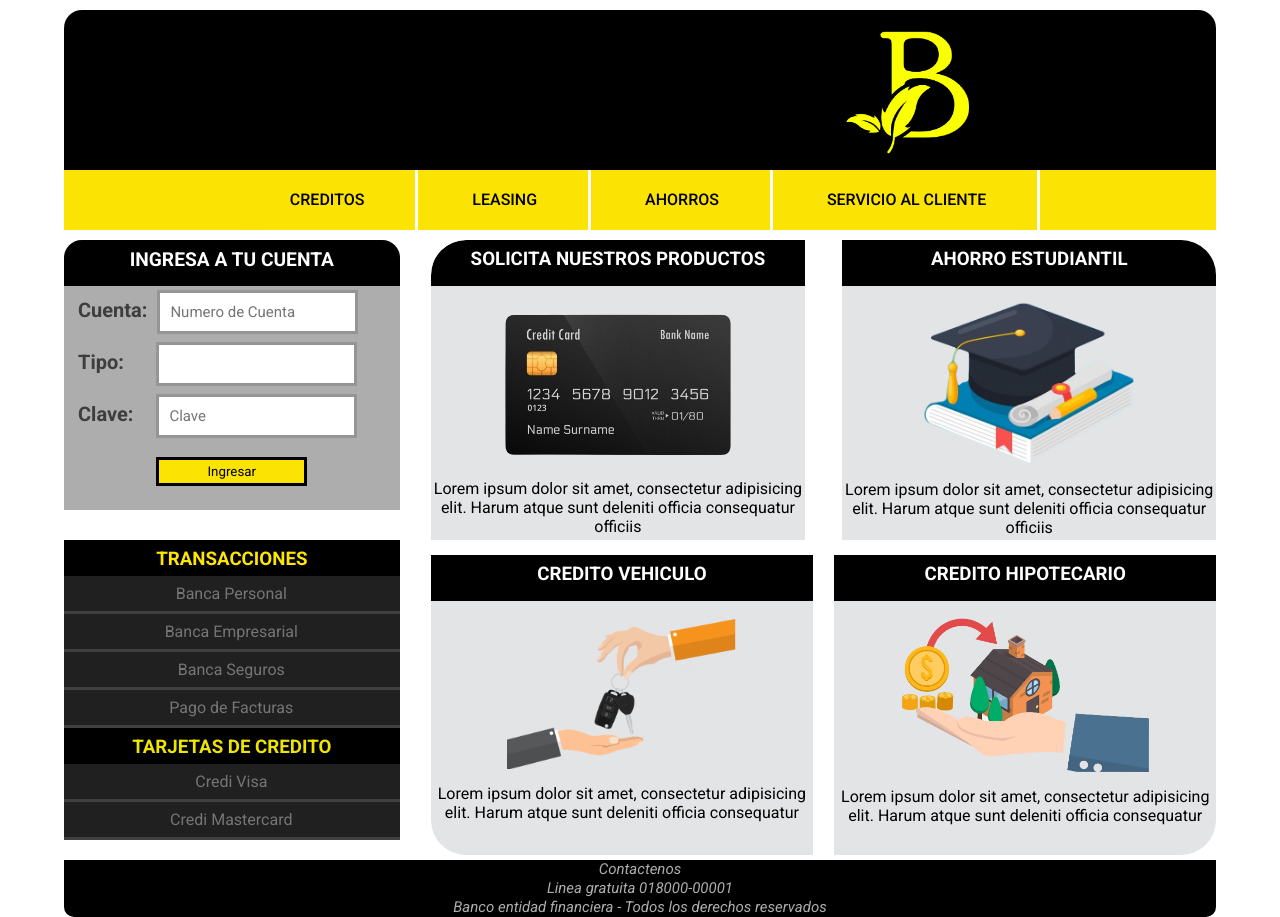
Repository: NickArregoces/BANCOOP
Page: Index.html
The author's editor kept a copy of each file at every save. The page is drawn from the files as they stood at one save, then again after a run of saves.
The browser window is 1280 px wide. The pictures show the whole page.

Above is the page before, as saved 2021-10-15 14:14:47.

### Index.html
<!DOCTYPE html>
<html lang="en">
<head>
    <meta charset="UTF-8">
    <meta http-equiv="X-UA-Compatible" content="IE=edge">
    <meta name="viewport" content="width=device-width, initial-scale=1.0">
    <title>BANCOOP Home</title>
    <bgsound src="musica.mid"></bgsound>
    <link rel="stylesheet" href="/CSS/Style.css">
    <link href="https://fonts.googleapis.com/css2?family=Roboto:ital,wght@0,100;0,300;0,400;0,500;0,700;0,900;1,100;1,300;1,400;1,500;1,700;1,900&display=swap" rel="stylesheet">
    <link rel="preconnect" href="https://fonts.googleapis.com">
    <link rel="preconnect" href="https://fonts.gstatic.com" crossorigin>
    <link href="https://fonts.googleapis.com/css2?family=Abril+Fatface&display=swap" rel="stylesheet">

</head>
<body>
    <header>
            <div class="image">
                <img src="/Images/logo1.png" alt="logo">

                <h1>BANCOOP</h1>
                <h3>Te ayuda a alcanzar tus metas</h3>
            </div>

    </header>

    <nav class="barra"></nav>

            <div class="navegador">
                <ul class="menu">
                    <li><a href="/Creditos.html">Creditos</a></li>
                    <li><a href="/Leasing.html">leasing</a></li>
                    <li><a href="/Ahorros.html">Ahorros</a></li>
                    <li><a href="/Servicio.html">Servicio al cliente</a></li>
                </ul>
            </div>


            <div class="section">
                <form action="" class="login">
                    <h3 style="color: rgb(255, 255, 255);">INGRESA A TU CUENTA</h3>
                        <div class="cuenta">
                            <h4>Cuenta:<input type="number" placeholder="Numero de Cuenta" required></h4>
                        </div>

                        <div class="tipo">
                            <h4>Tipo:<input type="text" required></h4>
                        </div>

                        <div class="clave">
                            <h4>Clave:<input type="password" placeholder="Clave" required></h4>
                        </div>
                    <div class="center">
                        <button class="sumbit"> Ingresar </button>
                    </div>
                </form>

                <article class="opciones">
                    <h3 style="color: rgb(255, 230, 0);">TRANSACCIONES</h3>
                <ul>
                    <li><a href="#">Banca Personal</a></li>
                    <li><a href="#">Banca Empresarial</a></li>
                    <li><a href="#">Banca Seguros</a></li>
                    <li><a href="#">Pago de Facturas</a></li>
                </ul>
                    <h3 style="color: rgb(238, 230, 0);">TARJETAS DE CREDITO</h3>
                <ul>
                    <li><a href="#">Credi Visa</a></li>
                    <li><a href="#">Credi Mastercard</a></li>
                </ul>
                </article>
            </div>
            <div class="Contenido">
            <aside>
                    <div class="solicita">
                        <h3 style="color: rgb(255, 255, 255);">SOLICITA NUESTROS PRODUCTOS</h3>

                        <div id="Prueba">
                        <img id="Prubea" src="/Images/credit.png" alt="">
                        </div>

                        <p>Lorem ipsum dolor sit amet, consectetur adipisicing elit.
                            Harum atque sunt deleniti officia consequatur officiis</p>
                    </div>

                    <div class="ahorro">
                        <h3 style="color: rgb(255, 255, 255);">AHORRO ESTUDIANTIL</h3>

                        <div id="Prueba">
                        <img id="Prubea" src="/Images/Captura de pantalla 2021-10-04 181948.png" alt="">
                        </div>

                        <p>Lorem ipsum dolor sit amet, consectetur adipisicing elit.
                            Harum atque sunt deleniti officia consequatur officiis</p>
                    </div>

                    <div class="credito">
                        <h3 style="color: rgb(255, 255, 255);">CREDITO VEHICULO</h3>

                        <div id="Prueba">
                        <img id="Prubea" src="/Images/Captura de pantalla 2021-10-04 192824.png" alt="">
                        </div>

                        <p>Lorem ipsum dolor sit amet, consectetur adipisicing elit.
                            Harum atque sunt deleniti officia consequatur</p>
                    </div>
                    <div class="hipotecario">
                        <h3 style="color: rgb(255, 255, 255);">CREDITO HIPOTECARIO</h3>

                        <div id="Prueba">
                        <img id="Prubea" src="/Images/Wallpaper(80).jpg" alt="">
                        </div>

                        <p>Lorem ipsum dolor sit amet, consectetur adipisicing elit.
                            Harum atque sunt deleniti officia consequatur </p>
                    </div>
            </aside>
            </div>
            <footer>
                    <p>Contactenos</p>
                    <p>Linea gratuita 018000-00001</p>
                    <p>Banco entidad financiera
                    - Todos los derechos reservados</p>
            </footer>

        </div>

</body>
</html>

### CSS/Style.css

*{
    margin: 0 auto;
    padding: 0;
    list-style:none;
    font-family: 'Roboto', sans-serif;
}
body{
    background: rgb(255, 255, 255);
    width: 90%;
    color: rgb(0, 0, 0);
}
header{
    display: flex;
    justify-content: space-around;
    padding: 10px 0px;
    margin-top: 10px;
    background:rgb(0, 0, 0);
    border-top-left-radius:  18px;
    border-top-right-radius:  18px;
    height: 120px;
}
    /*Logo*/
    .imgage{
        margin: 0px;
        padding: 0;
    }
    .image img{
        width: 130px;
        cursor: pointer;
        margin-left: 130%;
        margin-top: 5px;
    }
    .title h1{
        width: 400px;
        height: 90px;
        font-family: 'Abril Fatface', cursive;
        font-size: 85px;
        text-align: center;
        color: rgb(251, 255, 0);
    }

    .title h3{
        width: 400px;
        margin-left: auto;
        font-size: 25px;
        text-align: center;
        color: rgb(251, 255, 0);
    }

nav.barra{
    background: rgb(0, 0, 0);
    height: 20px;
}
div.navegador{
    background: rgb(251, 227, 3);
    justify-content: space-around;
    align-items: center;
    display:flex
}
    ul.menu{
        border-bottom-left-radius: 20px 20px;
        border-bottom-right-radius: 20px 20px;
        background: rgb(251, 227, 3);
        height: 60%;
        list-style: none;
        padding: 0;
    }
    .menu a{
        height: 20px;
        font-size: 100%;
        font-weight: 500;
        margin-right: 1px;
        text-transform: uppercase;
        text-decoration: none;
        color:black;
        padding: 20px;
        display: inline-block;
        transition: all 0.3s;
    }
    .menu li {
        border-right: solid white;
        display: inline-block;
        padding: 0px 30px;
        list-style: none;

        }
    .menu a:hover{
        background: #8d8405b6;
        color: white;
        border-radius: 10px;
        padding: 10px 18px;
        }

.section{
    width: 30%;
    float: left;
    display: flex;
    flex-flow: row wrap;
}
    /*Formulario Login*/
    form{
        background: rgb(173, 173, 173);
        border-top-left-radius: 18px;
        border-top-right-radius: 18px;
        margin-top: 10px;
        margin-right:10px;
        margin-bottom: 10px;
        width: 100%;
        height: 270px;
    }
        form h3{
            font-size: 120%;
            text-align: center;
            background: black;
            height: 30px;
            padding: 8px;
            border-top-left-radius: 18px;
            border-top-right-radius: 18px;
        }
        form h4{
            font-size: 20px;
            padding: 4px;
            margin-left: 10px;
            color: rgb(61, 61, 61);
        }
        form input{
            font-size: 15px;
            width: 55%;
            padding: 10px;
            display: inline;
            border: solid rgb(149, 149, 149);
            margin-left: 10px;
        }
        div.clave input {
            margin-left: 23px;
        }
        div.tipo input {
            margin-left: 32px;
        }
        div.center{
            margin-top: 10px;
            margin: auto;
            text-align: center;
            width: 50%;
            cursor: pointer;
        }
        button{
            margin-top: 15px;
            width: 90%;
            padding: 4px;
            background: rgb(251, 227, 3);
            border: solid black;
            cursor: pointer;
        }
        button:hover{
            background: #000000;
            color: rgb(251, 227, 3);
            border-radius: 8px;
        }
    /*Menu lateral*/
    article {
        width: 100%;
        height: 300px;
        background: rgb(32, 32, 32);
        margin-top: 20px;
        margin-right:10px;
        margin-bottom: 10px;
    }
        article h3{
            text-align: center;
            padding: 8px;
            height: 20px;
            background: black;
        }
        .opciones li a{
            font-size: 16px;
            margin-right: 1px;
            text-align: center;
            text-decoration: none;
            color:rgb(117, 117, 117);
            padding: 8px;
            display: inline-block;
        }
        .opciones li {
            border-bottom: solid rgba(68, 68, 68, 0.897);
            text-align: center;
            display:inline-flexbox;
            }
        .opciones li a:hover{
            background: #242323b6;
            color: rgb(251, 227, 3);
            padding: 10px;
            }

    /*Servicios*/

aside{
    width: 69%;
    height: 610px;
    margin-top: 10px;
    float: right;
    margin-bottom: 10px;

}
    div.solicita{
        width: 47%;
        height: 300px;
        float: left;
        border-top-left-radius: 35px;
        margin-left: 10px;
        background: #e3e4e5;
        text-align:center;
        overflow:hidden;
    }
    /*Centrado Imagenes aside*/
    #Prueba{
        display: flex;
        align-items: center;
        justify-content: center;
    }
        div.solicita img {
            width: 65%;
            margin-top: 15px;
            margin-bottom: 15px;
            cursor:pointer;
        }
        /*Efecto Imagenes aside*/
        aside img:hover{
            -webkit-transform:scale(1.1);
            transform:scale(1.1);
        }
        div.solicita h3{
            text-align: center;
            background: black;
            height: 30px;
            padding: 8px;
            border-top-left-radius: 35px;
        }
        div.solicita p{
            display: inline-block;
            text-align: center;
        }

    div.ahorro {
        width: 47%;
        height: 300px;
        float: right;
        border-top-right-radius: 35px;
        margin-left: 10px;
        background: #e3e4e5;
    }
        div.ahorro img {
            width: 57%;
            margin-top: 15px;
            margin-bottom: 15px;
            cursor:pointer;
        }
        div.ahorro h3{
            text-align: center;
            background: black;
            height: 30px;
            padding: 8px;
            border-top-right-radius: 35px;
        }
        div.ahorro p{
            display: inline-block;
            text-align: center;
        }

    div.credito {
        width: 48%;
        height: 300px;
        float: left;
        margin-top: 15px;
        border-bottom-left-radius: 35px;
        margin-left: 10px;
        background: #e3e4e5;
    }
        div.credito img {
            width: 60%;
            margin-top: 15px;
            margin-bottom: 15px;
            cursor:pointer;
        }
        div.credito h3{
            text-align: center;
            background: black;
            height: 30px;
            padding: 8px;
        }
        div.credito p{
            display: inline-block;
            text-align: center;
        }

    div.hipotecario {
        width: 48%;
        height: 300px;
        float: right;
        border-top-right-radius: 35px;
        border-bottom-right-radius: 35px;
        margin-top: 15px;
        background: #e3e4e5;
        }
            div.hipotecario img {
                width: 65%;
                margin-top: 15px;
                margin-bottom: 15px;
                cursor:pointer;
            }
            div.hipotecario h3{
                text-align: center;
                background: black;
                height: 30px;
                padding: 8px;
            }
            div.hipotecario p{
                display: inline-block;
                text-align: center;
            }

    /*Pie de Pagina*/
footer{
    background: black;
    clear: both;
    border-bottom-left-radius: 10px;
    border-bottom-right-radius: 10px;
}
    footer p{
        font-size: 15px;
        text-align: center;
        line-height: 15px;
        color: rgb(175, 174, 174);
        font-style:italic;
        padding: 2px;
    }

After the next 3 saves:
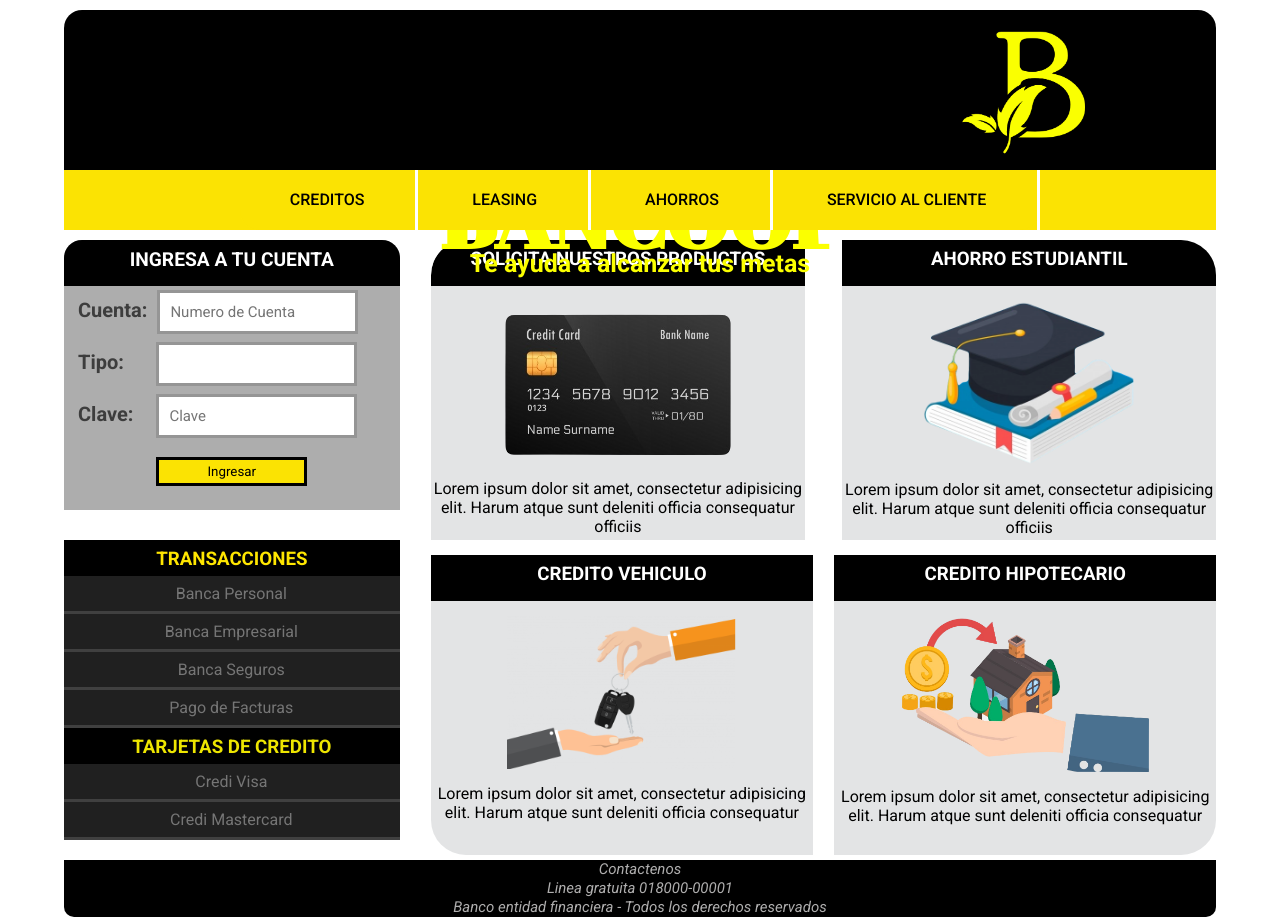
The 3 saves are shown as one change because they came seconds apart.
The last was saved 27 s later.
--- a/CSS/Style.css
+++ b/CSS/Style.css
@@ -31,7 +31,7 @@ header{
         margin-left: 130%;
         margin-top: 5px;
     }
-    .title h1{
+    .image h1{
         width: 400px;
         height: 90px;
         font-family: 'Abril Fatface', cursive;
@@ -40,7 +40,7 @@ header{
         color: rgb(251, 255, 0);
     }
 
-    .title h3{
+    .image h3{
         width: 400px;
         margin-left: auto;
         font-size: 25px;
